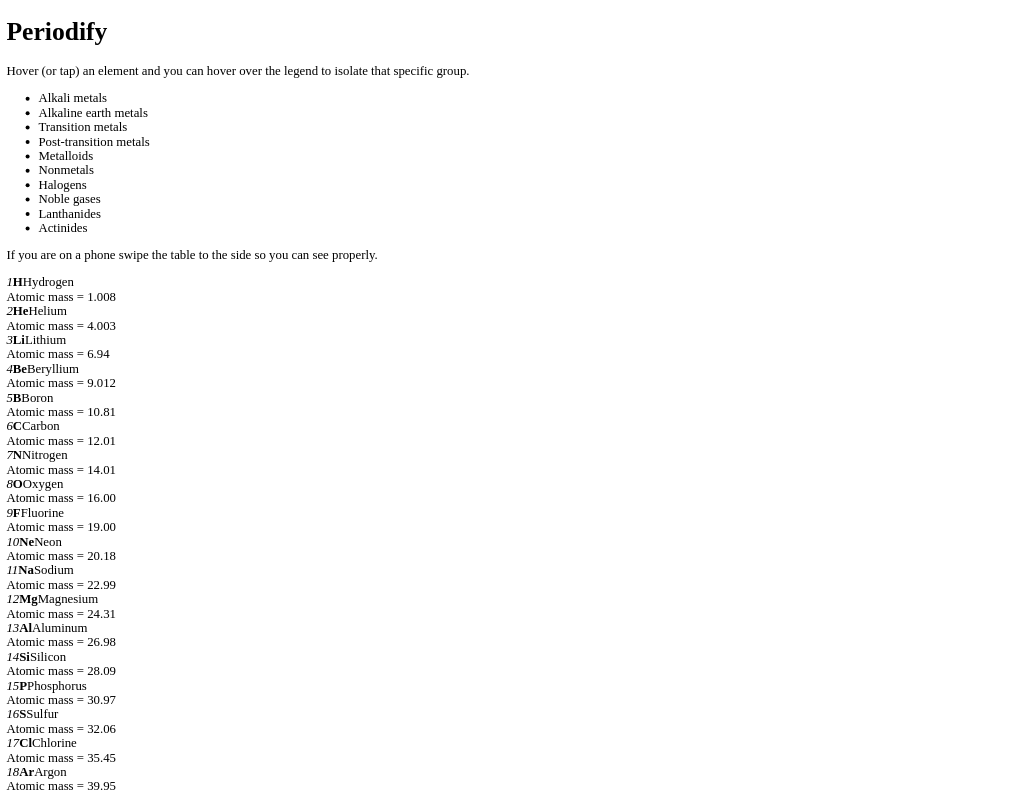
Repository: manayparikh1/Periodify
Page: index.html
These files come from the project's save history. The page is drawn as it stood at one moment and after the next save; the edit follows.
The browser window is 1280 px wide. The pictures show the whole page, at 80% of full size.

Above is the page before, as saved 2026-10-12 10:10:00.

After the next save:
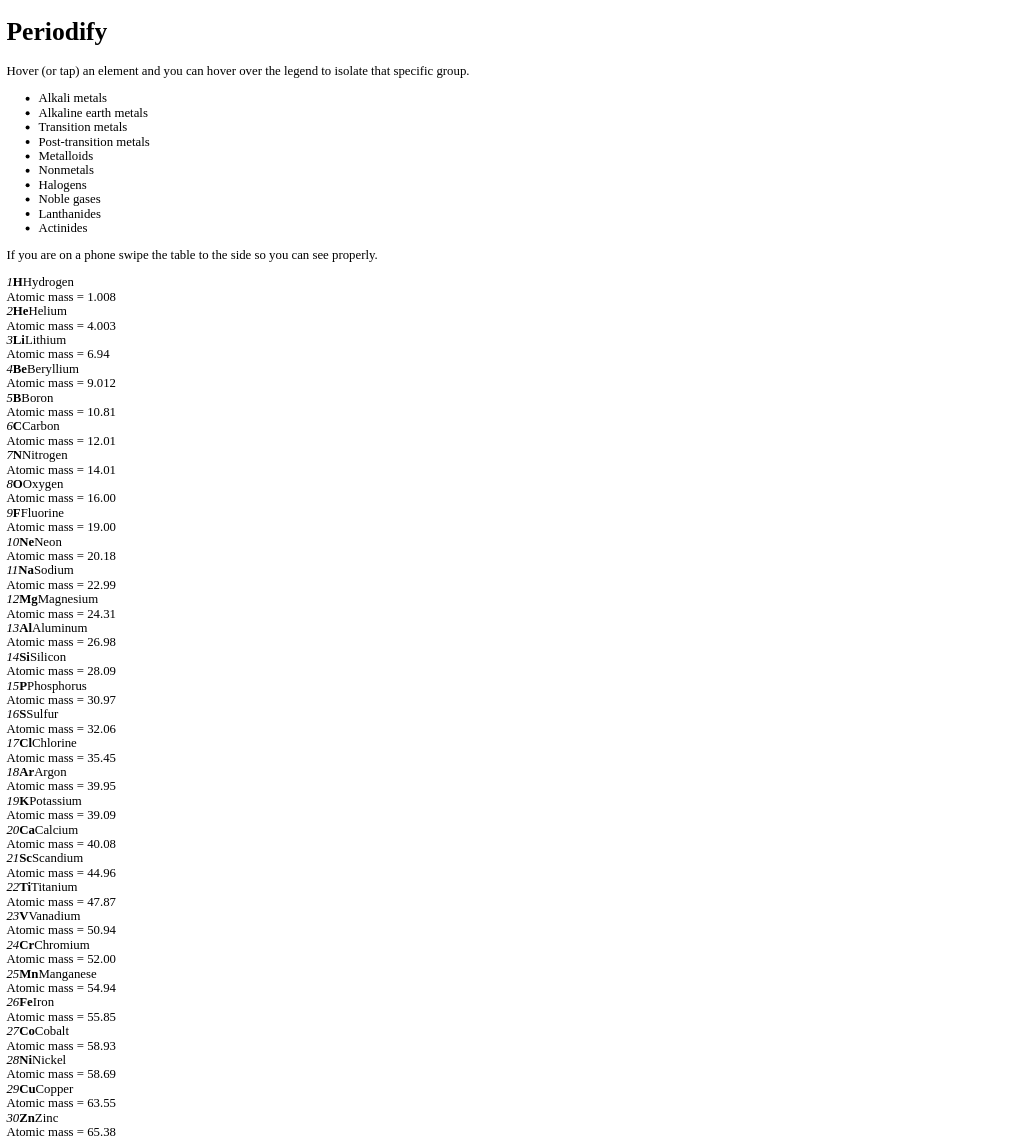
Saved 3 h 43 min later.
--- a/index.html
+++ b/index.html
@@ -56,6 +56,19 @@
             <div class="el hg" tabindex="0"><i>17</i><b>Cl</b><span>Chlorine<br>Atomic mass = 35.45</span></div>
             <div class="el ng" tabindex="0"><i>18</i><b>Ar</b><span>Argon<br>Atomic mass = 39.95</span></div>
             <!-- the fourth period -->
+            <div class="el ak" tabindex="0"><i>19</i><b>K</b><span>Potassium<br>Atomic mass = 39.09</span></div>
+            <div class="el ae" tabindex="0"><i>20</i><b>Ca</b><span>Calcium<br>Atomic mass = 40.08</span></div>
+            <div class="el tm" tabindex="0"><i>21</i><b>Sc</b><span>Scandium<br>Atomic mass = 44.96</span></div>
+            <div class="el tm" tabindex="0"><i>22</i><b>Ti</b><span>Titanium<br>Atomic mass = 47.87</span></div>
+            <div class="el tm" tabindex="0"><i>23</i><b>V</b><span>Vanadium<br>Atomic mass = 50.94</span></div>
+            <div class="el tm" tabindex="0"><i>24</i><b>Cr</b><span>Chromium<br>Atomic mass = 52.00</span></div>
+            <div class="el tm" tabindex="0"><i>25</i><b>Mn</b><span>Manganese<br>Atomic mass = 54.94</span></div>
+            <div class="el tm" tabindex="0"><i>26</i><b>Fe</b><span>Iron<br>Atomic mass = 55.85</span></div>
+            <div class="el tm" tabindex="0"><i>27</i><b>Co</b><span>Cobalt<br>Atomic mass = 58.93</span></div>
+            <div class="el tm" tabindex="0"><i>28</i><b>Ni</b><span>Nickel<br>Atomic mass = 58.69</span></div>
+            <div class="el tm" tabindex="0"><i>29</i><b>Cu</b><span>Copper<br>Atomic mass = 63.55</span></div>
+            <div class="el tm" tabindex="0"><i>30</i><b>Zn</b><span>Zinc<br>Atomic mass = 65.38</span></div>
+
 
 
 
